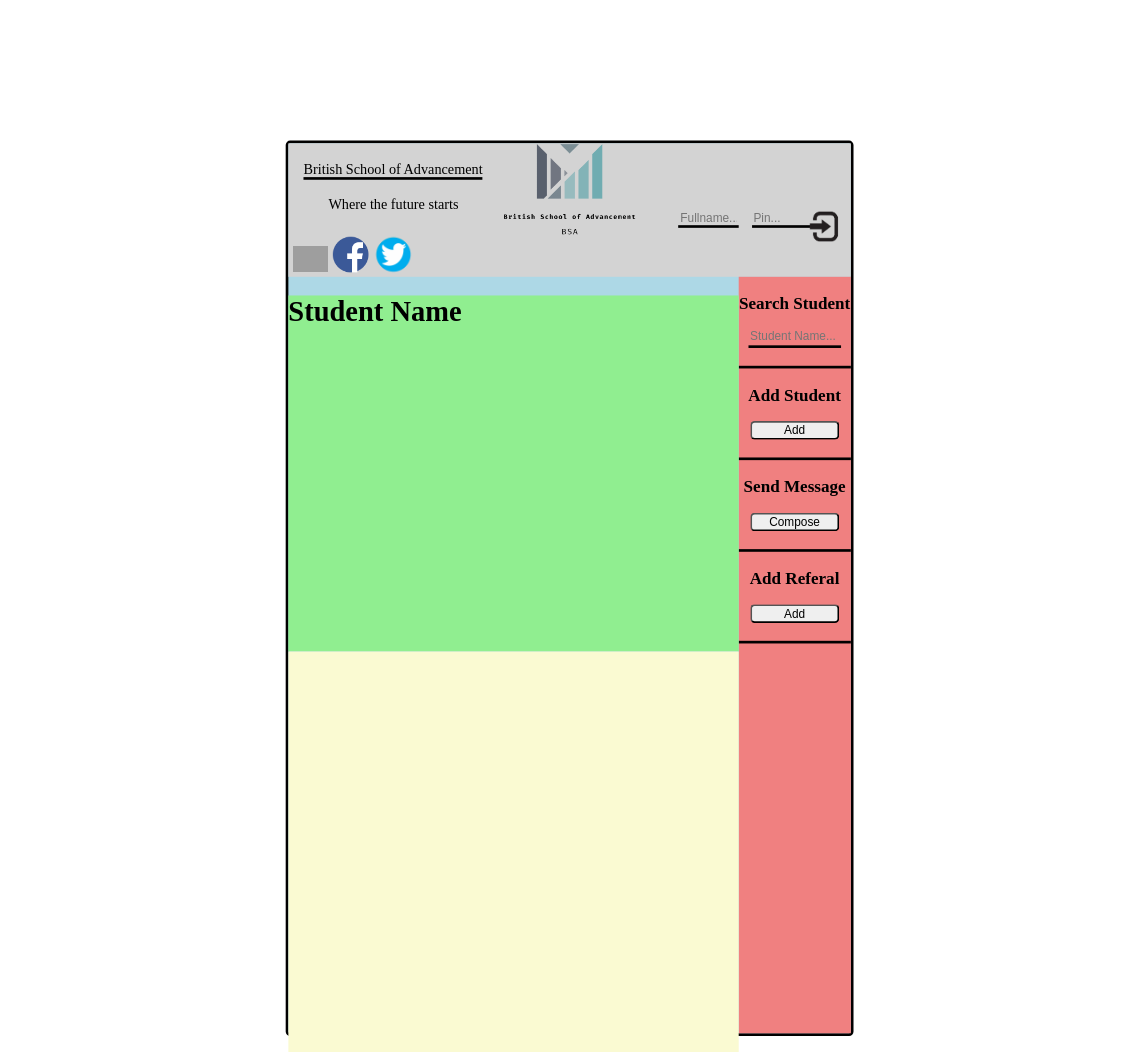
Repository: ghend99/School-app
Page: index.html
An editor plug-in stored every save of this project. The page is shown before and after the next save, followed by the edit.
The browser window is 1280 px wide. The pictures show the whole page, at 89% of full size.
Pictures or frames that could not be fetched are drawn as grey boxes.

Above is the page before, as saved 2023-03-24 14:06:30.

### index.html
<!DOCTYPE html>
<html lang="en">
  <head>
    <meta charset="UTF-8" />
    <meta http-equiv="X-UA-Compatible" content="IE=edge" />
    <meta name="viewport" content="width=device-width, initial-scale=1.0" />
    <title>Document</title>
    <link rel="stylesheet" href="style.css" />
  </head>
  <body>
    <div id="main-container">
      <!-- Header -->
      <div id="header-container">
        <p class="header-school-name">British School of Advancement</p>
        <p class="header-school-slogan">Where the future starts</p>
        <img
          id="header-socials"
          class="header-linkedin"
          src="images/LinkedIn.png"
        />
        <img
          id="header-socials"
          class="header-facebook"
          src="images/Facebook.png"
        />
        <img
          id="header-socials"
          class="header-twitter"
          src="images/Twitter.png"
        />
        <img class="header-logo" src="images/logo.png" />
        <input
          id="header-login"
          class="header-login-fullname"
          type="text"
          placeholder="Fullname..."
        />
        <input
          id="header-login"
          class="header-login-pin"
          type="number"
          placeholder="Pin..."
        />
        <img class="header-login-button" src="images/login-button.png" />
        <img class="header-login-icon" src="images/login.png" />
      </div>

      <!-- Sidebar -->
      <div id="sidebar-container">
        <div id="sidebar-link">
          <p class="sidebar-link-header">Search Student</p>
          <input class="sidebar-link-search" placeholder="Student Name..." />
        </div>
        <div id="sidebar-link">
          <p class="sidebar-link-header">Add Student</p>
          <button class="sidebar-link-button">Add</button>
        </div>
        <div id="sidebar-link">
          <p class="sidebar-link-header">Send Message</p>
          <button class="sidebar-link-button">Compose</button>
        </div>
        <div id="sidebar-link">
          <p class="sidebar-link-header">Add Referal</p>
          <button class="sidebar-link-button">Add</button>
        </div>
      </div>

      <!-- Student Information Container -->
      <div id="student-information-container">
        <h1 class="student-information-header">Student Name</h1>
      </div>

      <!-- Student Management Container -->
      <div id="student-management-container"></div>
    </div>

    <!-- Login Container -->
    <div id="login-container"></div>

    <div id="create-account-container"></div>

    <script src="main.js"></script>
  </body>
</html>

### style.css
#main-container {
  position: relative;
  max-width: 50%;
  min-width: 400px;
  height: 70vh;
  min-height: 1000px;
  top: 150px;
  margin-left: auto;
  margin-right: auto;
  background-color: lightblue;
  border: solid;
  border-radius: 5px;
}

#header-container {
  position: relative;
  width: 100%;
  max-height: 15%;
  min-height: 150px;
  background-color: lightgray;
}

.header-school-name {
  position: absolute;
  top: 20px;
  left: 17px;
  font-size: clamp(1rem, 1vw, 2rem);
  border-bottom: solid;
  margin: 0;
}

.header-school-slogan {
  position: absolute;
  top: clamp(5%, 60px, 80px);

  left: clamp(45px, 5%, 70px);
  font-size: clamp(0.9rem, 1.5vw, 1rem);
  margin: 0;
}

#header-socials {
  position: absolute;
  width: 40px;
  bottom: 5px;
}

.header-linkedin {
  left: 5px;
}

.header-facebook {
  left: clamp(50px, 7%, 60px);
}

.header-twitter {
  left: clamp(98px, 9%, 110px);
}

.header-logo {
  margin-left: auto;
  margin-right: auto;
  display: block;
  width: 150px;
  height: 100%;
}

#header-login {
  position: absolute;
  max-width: 10%;
  min-width: 5%;
  top: 50%;
  margin: 0;
  background-color: transparent;
  text-decoration: none;
  border: none;
  border-bottom: solid;
  outline: none;
}

.header-login-fullname {
  right: 20%;
}

.header-login-pin {
  right: 7%;
}

.header-login-button {
  position: absolute;
  right: 5px;
  width: 50px;
  top: 45%;
}

.header-login-icon {
  display: none;
}
#sidebar-container {
  position: absolute;
  max-width: 30%;
  min-width: 20%;
  height: 85%;
  right: 0;
  flex-direction: column;
  background-color: lightcoral;
}

#sidebar-link {
  position: relative;
  display: flex;
  width: 100%;
  height: 100px;
  /* background-color: brown; */
  justify-content: center;
  border-bottom: solid;
}

.sidebar-link-header {
  position: absolute;
  font-size: clamp(0.9rem, 1.5vw, 1.2rem);
  font-weight: bold;
}

.sidebar-link-search {
  position: absolute;
  max-width: 75%;
  min-width: 100px;
  height: 20px;
  bottom: 20px;
  background-color: transparent;
  text-decoration: none;
  border: none;
  border-bottom: solid;
  outline: none;
}

.sidebar-link-button {
  position: absolute;
  max-width: 75%;
  min-width: 100px;
  bottom: 20px;
  border-radius: 5px;
}

#student-information-container {
  position: relative;
  max-width: 80%;
  min-width: 50%;
  height: 40%;
  top: 0;
  background-color: lightgreen;
}

.student-information-header {
}

#student-management-container {
  position: relative;
  max-width: 80%;
  min-width: 50%;
  height: 45%;
  bottom: 0;
  background-color: lightgoldenrodyellow;
}

#login-container {
  position: absolute;
  top: 50%;
  left: 50%;
  transform: translate(-50%, -50%);
  max-width: 70%;
  min-width: 400px;
  height: 40vh;
  opacity: 0;
  background-color: aliceblue;
}

#create-account-container {
  position: absolute;
  top: 50%;
  left: 50%;
  transform: translate(-50%, -50%);
  max-width: 70%;
  min-width: 420px;
  height: 50vh;
  opacity: 0;
  background-color: aliceblue;
}

@media screen and (min-width: 0) and (max-width: 1200px) {
  .header-school-slogan {
    top: 50px;
  }

  .header-logo {
    display: none;
  }

  #header-login {
    display: none;
  }

  .header-login-button {
    display: none;
  }

  .header-login-icon {
    position: absolute;
    display: flex;
    right: 5px;
    width: 50px;
    top: 45%;
  }

  #sidebar-container {
    display: none;
  }
}

Loaded but not shown: js/main.js (no copy from this time; the picture is the same without it)

After the next save:
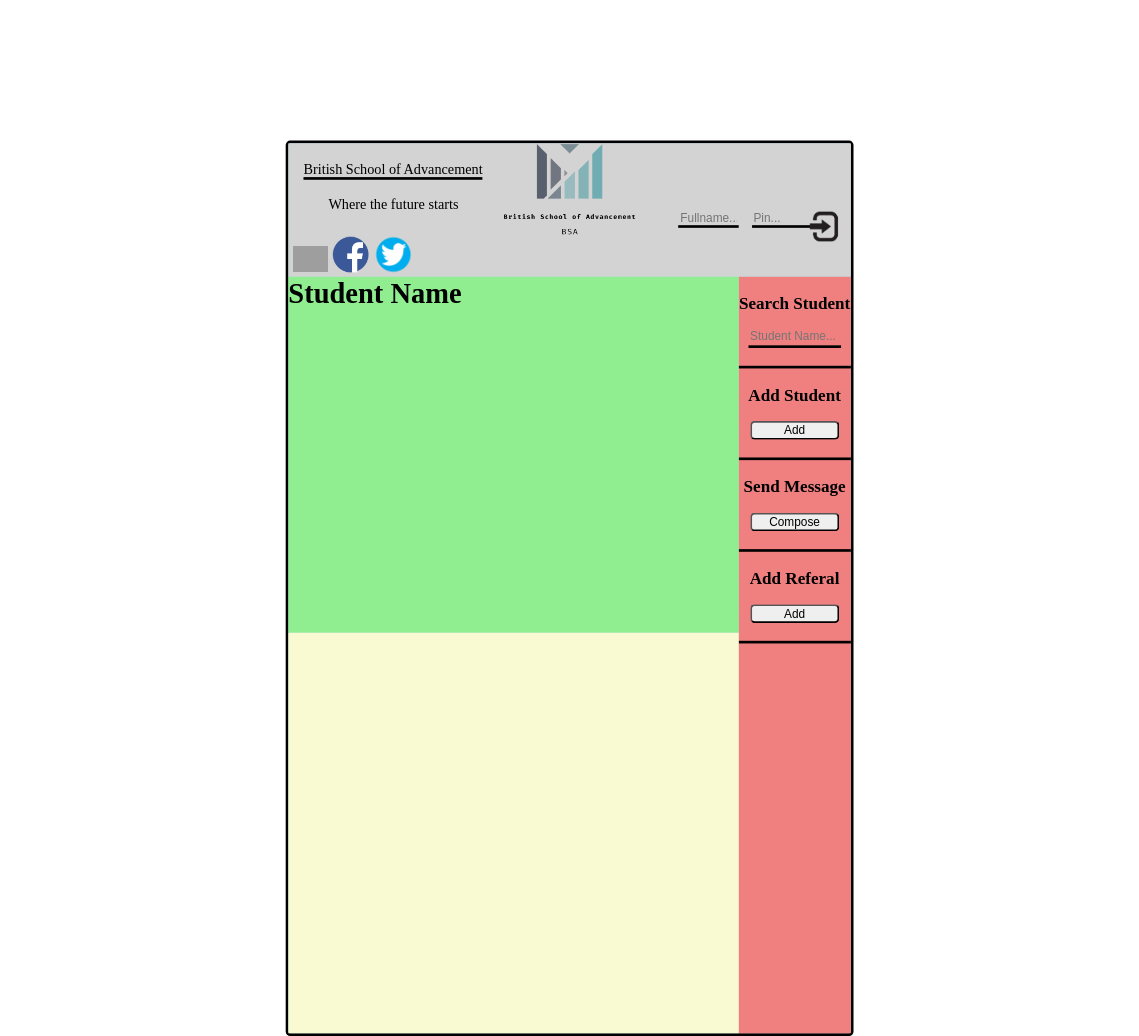
Saved 19 s later.
--- a/style.css
+++ b/style.css
@@ -152,6 +152,8 @@
 }
 
 .student-information-header {
+  position: absolute;
+  margin: 0;
 }
 
 #student-management-container {
